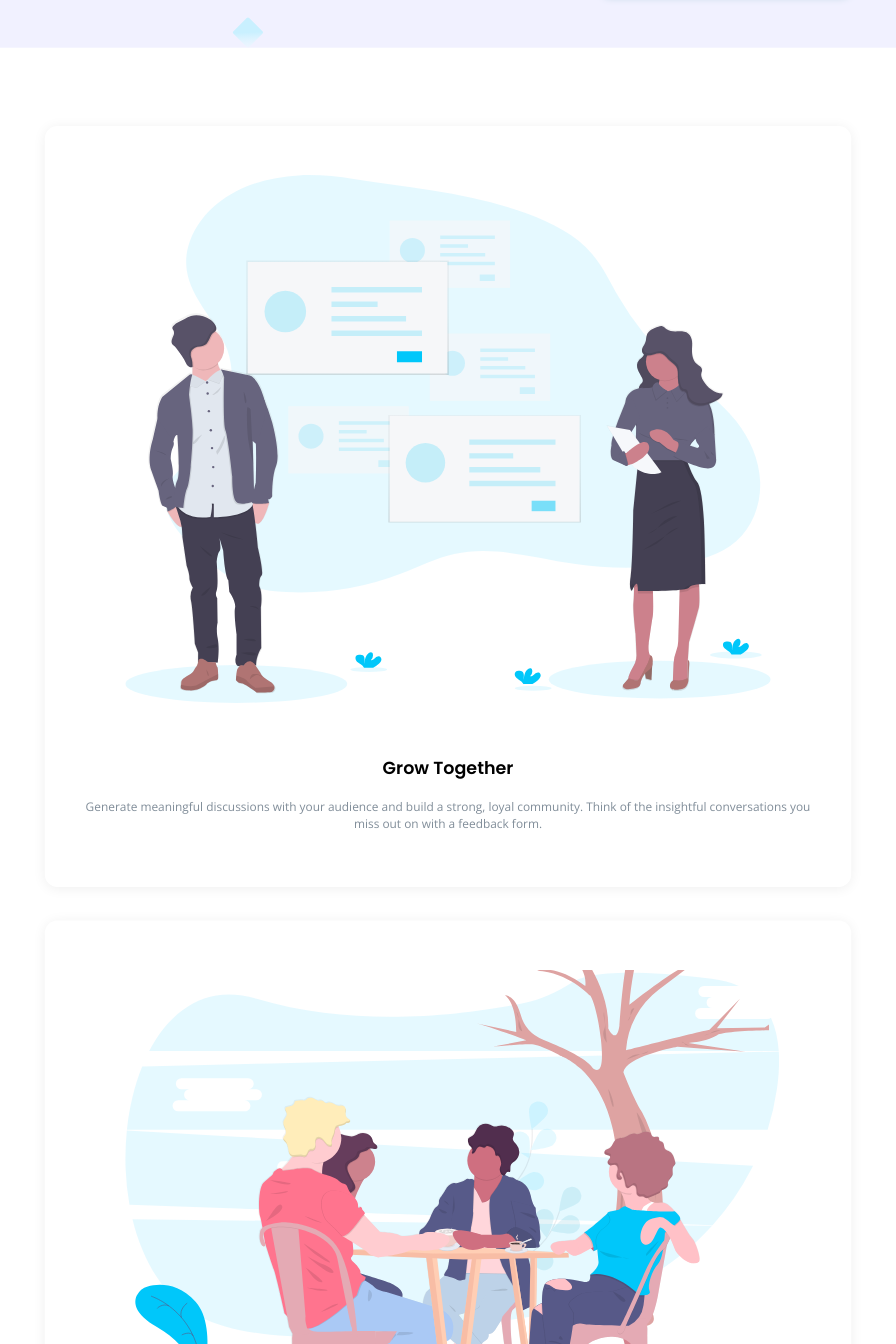
Repository: DejV44/Huddle-landing-page
Page: index.html
These files come from the project's save history. The page is drawn as it stood at one moment and after the next save; the edit follows.
The browser window is 1280 px wide. The pictures show the part of the page from y = 1233 to 3153 px (the page is 5704 px tall before and 5715 px after), at 70% of full size.
The style sheet was rebuilt from its Sass, Less or Tailwind sources for each picture, by a compiler version that may differ from the author's.

Above is the page before, as saved 2021-08-21 22:21:38.

### index.html
<!DOCTYPE html>
<html lang="en">
<head>
  <meta charset="UTF-8">
  <meta name="viewport" content="width=device-width, initial-scale=1.0"> <!-- displays site properly based on user's device -->
  <link rel="stylesheet" href="/css/style.css">
  <link rel="stylesheet" href="/fontawesome-free-5.15.3-web/css/all.css">
  <link rel="icon" type="image/png" sizes="32x32" href="./images/favicon-32x32.png">

  <title>Frontend Mentor | Huddle landing page with alternating feature blocks</title>

</head>
<body>
  <header>
    <div class="nav">
      <div class="logo">
        <img src="/images/logo.svg" alt="logo">
      </div>
      <a href="#">Try It Free</a>
    </div>
    <content class="main">
      <article class="building">
        <h1>Build The Community Your Fans Will Love</h1>
        <h3> Huddle re-imagines the way we build communities. You have a voice, but so does your audience.
        Create connections with your users as you engage in genuine discussion.</h3>
        <a class="main-btn" href="#">Get Started For Free</a>
      </article>
      <div class="img-main">
        <img class="img" src="/images/illustration-mockups.svg" alt="">
      </div>
    </content>

  </header>
  <section class="cards">
    <div class="card-one">
      <div class="img-cards">
        <img src="/images/illustration-grow-together.svg" alt="">
      </div>
      <content class="card">
        <h2>Grow Together</h2>
        <p>Generate meaningful discussions with your audience and build a strong, loyal community.
        Think of the insightful conversations you miss out on with a feedback form.</p>
      </content>
    </div>
    <div class="card-two">
      <div class="img-cards">
        <img src="/images/illustration-flowing-conversation.svg" alt="">
      </div>
      <content class="card">
        <h2>Flowing Conversations</h2>
        <p>You wouldn't paginate a conversation in real life, so why do it online? Our threads
        have just-in-time loading for a more natural flow.</p>
      </content>
    </div>
    <div class="card-three">
      <div class="img-cards">
        <img src="/images/illustration-your-users.svg" alt="">
      </div>
      <content class="card">
        <h2>Your Users</h2>
        <p>It takes no time at all to integrate Huddle with your app's authentication solution.
        This means, once signed in to your app, your users can start chatting immediately.</p>
      </content>
    </div>
    <container class="ready">
      <h2>Ready To Build Your Community?</h2>
      <a href="#">Get Started For Free</a>
    </container>
  </section>
  <footer>
    <container class="footer">
      <div class="section1">
        <img src="/images/logoWhite.svg" alt="logo">
        <div class="info">
          <img src="/images/icon-location.svg" alt="location">
          <p>Lorem ipsum dolor sit amet, consectetur adipiscing elit, sed do eiusmod tempor
          incididunt ut labore et dolore magna aliqua</p>
        </div>
        <div class="phone">
          <img src="/images/icon-phone.svg" alt="phone">
          <a href="tel:+1-543-123-4567">+1-543-123-4567</a>
        </div>
        <div class="mail">
          <img src="/images/icon-email.svg" alt="email">
          <a href="example@huddle.com">example@huddle.com</a>
        </div>
      </div>
      <div class="section2">
        <ul>
          <li><a href="#">About Us</a></li>
          <li><a href="#">What We Do</a></li>
          <li><a href="#">FAQ</a></li>
        </ul>
      </div>
      <div class="section3">
        <ul>
          <li><a href="#">Career</a></li>
          <li><a href="#">Blog</a></li>
          <li><a href="#">Contact Us</a></li>
        </ul>
      </div>
      <div class="copyright">
        <div class="social">
          <span><i class="fab fa-facebook-f"></i></span>
          <span><i class="fab fa-twitter"></i></span>
          <span><i class="fab fa-instagram"></i></span>
        </div>
        <p>&copy; Copyright 2018 Huddle. All rights reserved.</p>
      </div>
    </container>
  </footer>
  <footer>
    <p class="attribution">
      Challenge by <a href="https://www.frontendmentor.io?ref=challenge" target="_blank">Frontend Mentor</a>.
      Coded by <a href="#">davegraphics</a>.
    </p>
  </footer>
</body>
</html>

### css/style.scss
* {
    margin: 0;
    padding: 0;
    //font-family: 'Poppins', sans-serif;
    -webkit-font-smoothing: antialiased;
}

body {
    font-family: 'Open Sans', sans-serif;
}

// ---FONTS---
@import url('https://fonts.googleapis.com/css2?family=Open+Sans:wght@400;700&display=swap');
@import url('https://fonts.googleapis.com/css2?family=Poppins:wght@600&display=swap');

@import "variables";
@import "mixin";

@import "cards";
@import "header";
@import "footer";

### css/_variables.scss
$Pink: hsl(322, 100%, 66%);
$PinkHover: hsl(322, 97%, 72%);
$VeryPaleCyan: hsl(193, 100%, 96%);
$VeryDarkCyan: hsl(192, 100%, 9%);
$GrayishBlue: hsl(208, 11%, 55%);

### css/_mixin.scss
@mixin cards {
    display: flex;
    flex-direction: column;
    margin: 3rem auto 1rem auto;
    text-align: center;
    box-shadow: rgba(0, 0, 0, 0.068) 0px 2px 18px;
    border-radius: 18px;
    align-items: center;



    .card {
        display: block;
        margin: auto 3rem;
        h2 {
            padding-bottom: 1.5rem;
            font-size: 25px;
            font-family: 'Poppins', sans-serif
        }
        p {
            display: block;
            font-size: 17px;
            color: $GrayishBlue;
            padding-bottom: 3rem;
            margin-bottom: 2rem;

        }
    }
    .img-cards {
        display: block;
        padding: 30px 50px;
        margin: auto;

            img {
                width: 90%;
                margin: 40px auto;
            }
    }
}

### css/_cards.scss
.cards {
    padding: 1rem;
    margin: 0 auto;
    box-sizing: border-box;


    .card-one, .card-two, .card-three {
        @include cards;
    }

    .ready {
        display: block;
        box-sizing: border-box;
        text-align: center;
        transform: translateY(50%);
        background-color: white;
        margin: 0 auto;
        padding: 1rem 1rem;
        box-shadow: rgba(39, 39, 39, 0.24) 0px 3px 8px;
        max-width: 600px;
        text-align: center;
        align-items: center;
        border-radius: 18px;
        h2 {
            font-size: 21px;
            font-family: 'Poppins', sans-serif;
            margin: 1.5rem auto;
        }

        a {
            display: block;
            text-decoration: none;
            font-weight: 600;
            font-size: 12px;
            margin: 1.5rem auto;
            padding: 1rem 0;
            max-width: 250px;
            border-radius: 30px;
            background: $Pink;
            color: white;
            box-shadow: rgba(39, 39, 39, 0.24) 0px 3px 8px;

            &:hover {
                background: $PinkHover;
            }
        }
    }

}

@media (min-width: 768px) {
    .cards {
       padding: 4rem;
    }


}

### css/_header.scss
header {
    background: url(/images/bg-hero-mobile.svg);
    background-color: rgb(241, 241, 255);
    background-size: contain;
    background-position: center;
    background-repeat: no-repeat;
    text-align: center;

    .nav {
        display: flex;
        justify-content: space-between;
        padding: 2rem 1.6rem;


        img {
            width: 120px;
        }

        a {
            text-decoration: none;
            font-size: 13px;
            font-weight: 600;
            margin-top: -4px;
            padding: 0.3rem 1.7rem;
            background-color: white;
            border-radius: 25px;
            box-shadow: rgba(99, 99, 99, 0.24) 0px 3px 8px;

            &:hover {
                color: $GrayishBlue;
            }


        }

    }
    .main {

        margin: 0 auto;

        .building {
            margin: 4rem 3rem 2rem 3rem;



            h1 {
                margin: 0 1rem;
                font-size: 28px;
                font-family: 'Poppins', sans-serif
            }

            h3 {
                font-weight: 400;
                font-size: 18px;
                margin: 1.5rem 0;
                line-height: 30px;
            }

            .main-btn {

                display: block;
                text-decoration: none;
                font-weight: 600;
                font-size: 12px;
                margin: 1.5rem auto;
                padding: 1rem 0;
                max-width: 280px;
                border-radius: 30px;
                background: $Pink;
                color: white;
                box-shadow: rgba(39, 39, 39, 0.24) 0px 3px 8px;

                &:hover {
                background: $PinkHover;
            }
            }

        }
        .img-main {
            padding: 15px 50px;

            .img {
                width: 100%;
                margin-bottom: 40px;
            }
        }
    }


}

### css/_footer.scss
footer {
    background-color: $VeryDarkCyan;
     .section1 {
         padding: 150px 1rem 2rem 1rem;
         color: white;

         img {
             width: 180px;
             padding-bottom: 1.5rem;
         }

         .info, .phone, .mail {
             display: flex;
              img {
                  width: 20px;
                  height: 18px;
                  margin-right: 30px;
                  margin-top: 10px;
              }
              p {
                  cursor: pointer;
                  padding-bottom: 30px;
              }
              a {

                  text-decoration: none;
                  margin-top: 8px;
                  color: white;
              }
         }



    }

    .section2, .section3 {
        box-sizing: border-box;

        ul {
            color: white;
            margin-left: 1rem;
            li {
                list-style: none;
                padding: 10px 0;
                a {
                    text-decoration: none;
                    color: white;
                    &:hover {
                    border-bottom: 1px solid white;
                    }
                }

            }
        }

    }
    .copyright {
        text-align: center;
        .social {
            text-align: center;
            display: block;
            margin: 1rem auto;
            color: white;


            span {
                border: 1px solid white;
                border-radius: 50%;
                width: 40px;
                height: 40px;
                display: inline-flex;
                align-items: center;
                justify-content: center;
                cursor: pointer;
                margin: 5px;
                &:hover {
                    color: $Pink;
                    border: 1px solid $Pink;
                }


            }

            i {
                font-family: 'Font Awesome 5 Brands';
                display: inline-block;
                font-style: normal;
                font-variant: normal;
                text-rendering: auto;
                line-height: 1;
                padding: 12px;
                border-radius: 50%;
            }

        }
        p {
            font-size: 13px;
            color: white;
            padding-bottom: 1rem;
        }
    }
}





.attribution {
    font-size: 11px;
    text-align: center;
    padding: 1rem;
    a {
    color: hsl(228, 45%, 44%);
    }
}

Loaded but not shown: fontawesome-free-5.15.3-web/css/all.css (library)

After the next save:
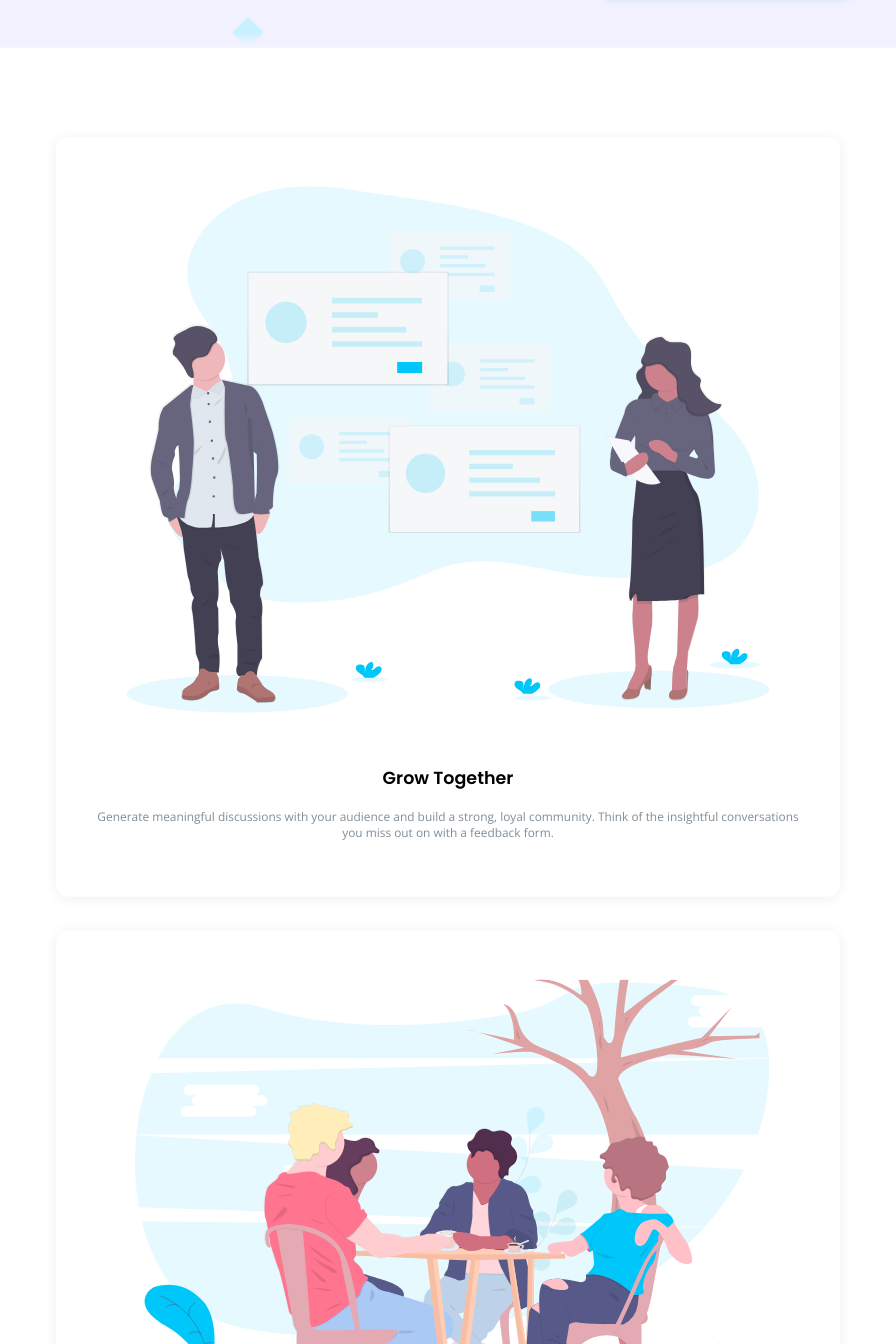
Saved 21 s later.
--- a/css/_cards.scss
+++ b/css/_cards.scss
@@ -50,7 +50,7 @@
 
 @media (min-width: 768px) {
     .cards {
-       padding: 4rem;
+       padding: 5rem;
     }
 
 
